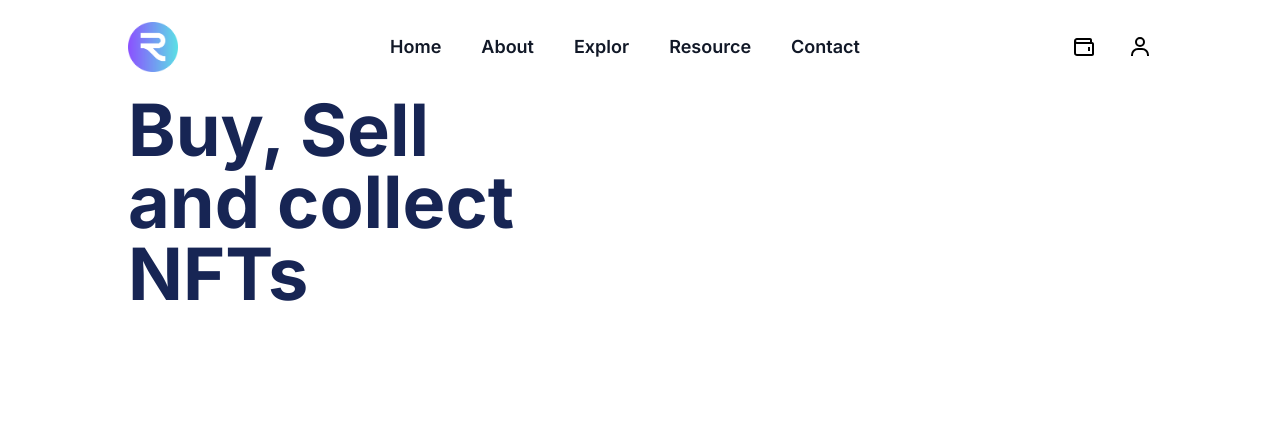
Repository: longblue2910/rimdasilva-ui
Page: /
The author's editor kept a copy of each file at every save. The page is drawn from the files as they stood at one save, then again after the next save.
The browser window is 1280 px wide. The pictures show the whole page.
The project was rebuilt for these pictures with package versions that can differ from the ones it lists, and the page was loaded fresh each time. The framework's server and built-in components were replaced by stand-ins that run in the browser. Also part of the build but not shown: next.config.mjs.

Above is the page before, as saved 2024-08-09 17:03:34.

After the next save:
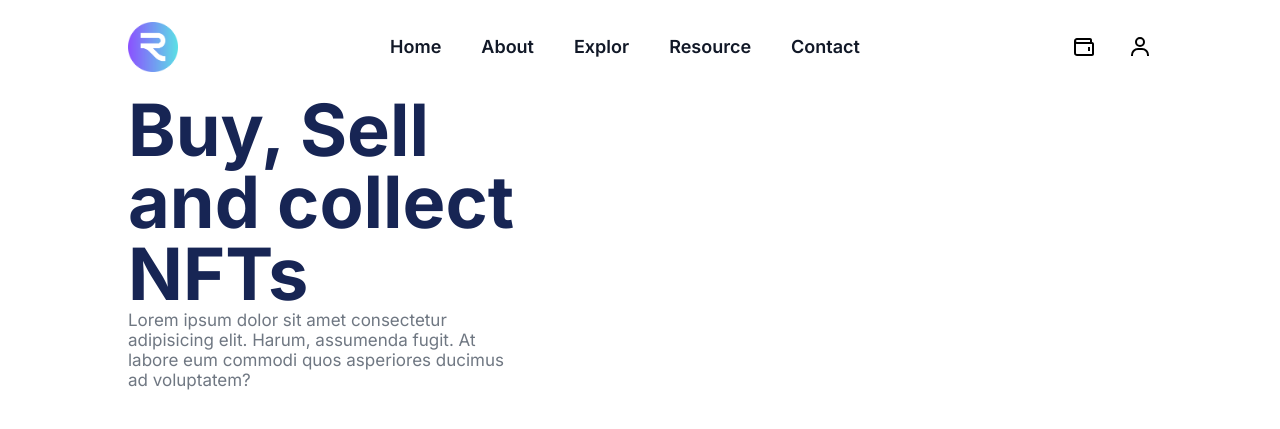
Saved 6 s later.
--- a/components/Home/Hero/Hero.tsx
+++ b/components/Home/Hero/Hero.tsx
@@ -9,7 +9,7 @@ const Hero = () => {
           <h1 className="text-2xl sm:text-4xl lg:text-5xl xl:text-7xl text-blue-950 font-bold">
             Buy, Sell and collect NFTs
           </h1>
-          <p className="text-sm md:text-[17px] text-gray-600 text-opacity-0">
+          <p className="text-sm md:text-[17px] text-gray-600 text-opacity-80">
             Lorem ipsum dolor sit amet consectetur adipisicing elit. Harum,
             assumenda fugit. At labore eum commodi quos asperiores ducimus ad
             voluptatem?
